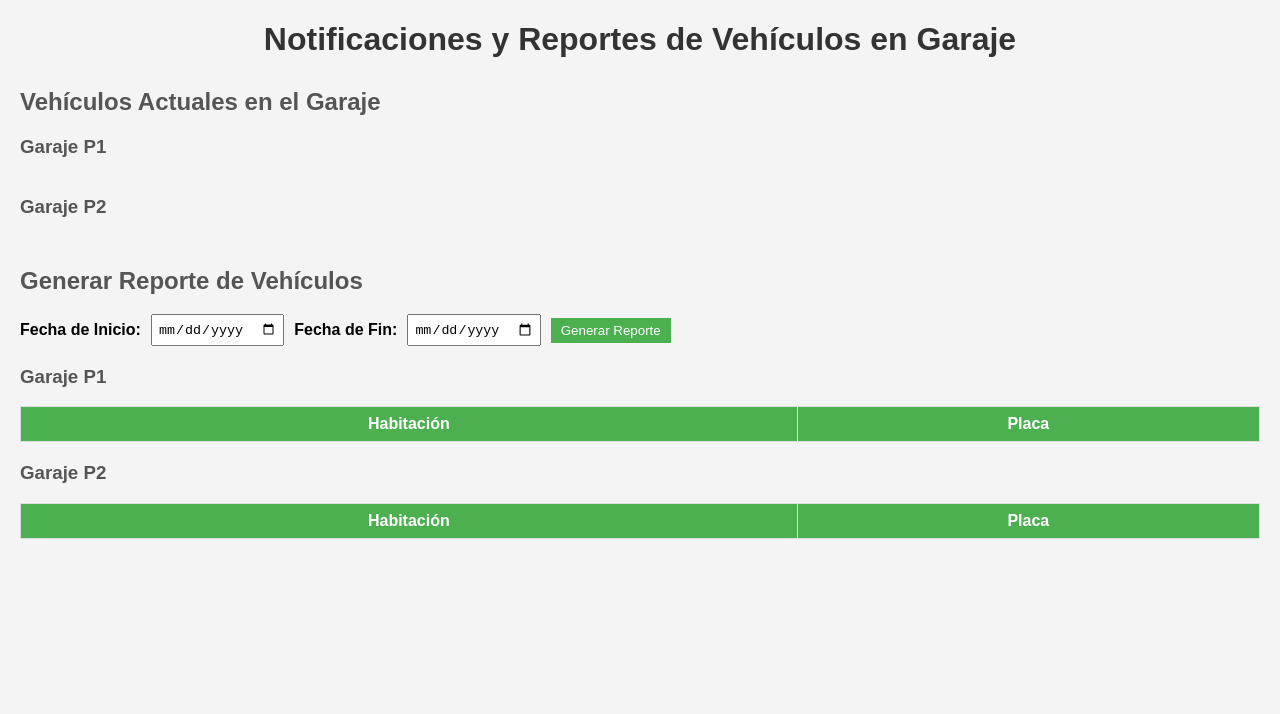
Repository: EddyWebz/REPOSITORIO-BASE-DATOS
Page: privado/report.html
These files come from the project's save history. The page is drawn as it stood at one moment and after the next save; the edit follows.
The browser window is 1280 px wide. The pictures show the whole page.
The page's requests for data from a server got no answer.

Above is the page before, as saved 2024-08-15 01:19:43.

After the next save:
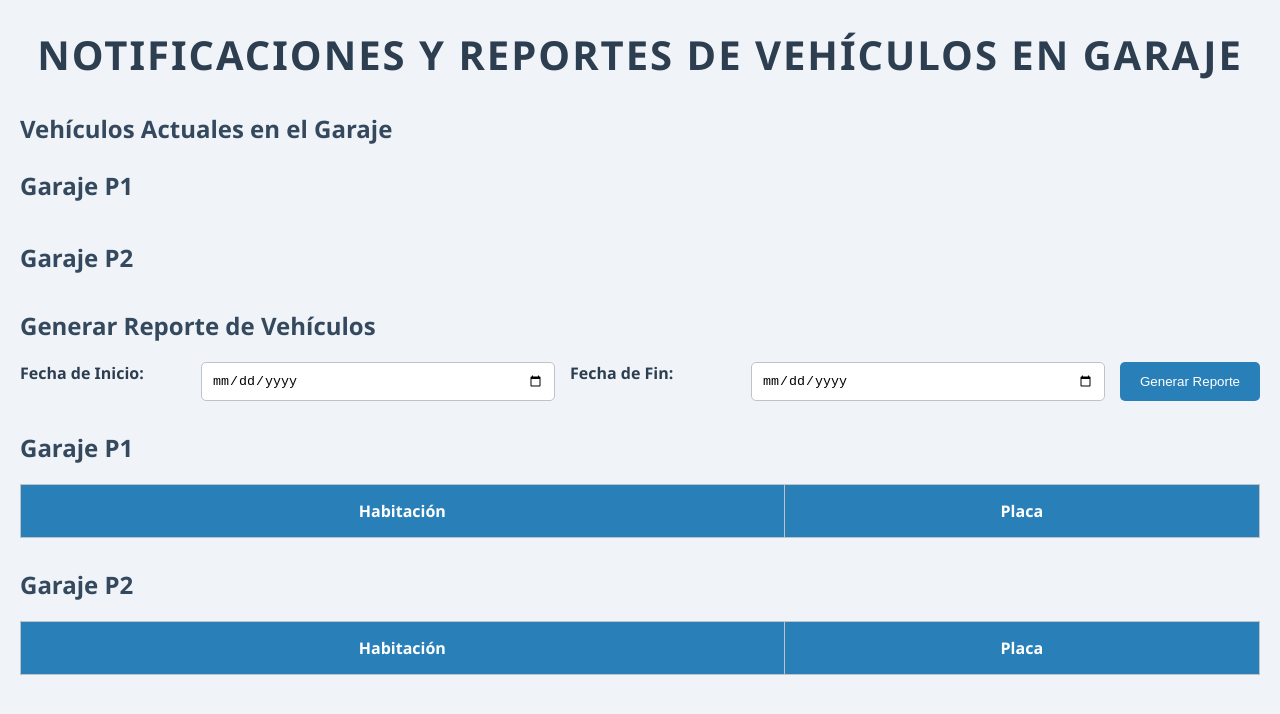
Saved 3 min 53 s later.
--- a/BASE-2/notif.css
+++ b/BASE-2/notif.css
@@ -1,86 +1,144 @@
-/* Estilos generales */
+/* Estilos Generales */
 body {
-    font-family: Arial, sans-serif;
+    font-family: 'Segoe UI', Tahoma, Geneva, Verdana, sans-serif;
+    background-color: #f0f4f8;
+    color: #333;
     margin: 20px;
-    background-color: #f4f4f4;
-}
-
-header, section {
-    margin-bottom: 30px;
+    padding: 0;
+    box-sizing: border-box;
 }
 
 /* Encabezado */
 header h1 {
     text-align: center;
-    color: #333;
+    color: #2c3e50;
+    font-size: 2.5em;
+    margin-bottom: 30px;
+    text-transform: uppercase;
+    letter-spacing: 2px;
+    animation: fadeIn 1.5s ease-in-out;
 }
 
 /* Sección de Notificaciones */
 #notificaciones h2, #notificaciones h3 {
-    color: #555;
+    color: #34495e;
+    margin-bottom: 15px;
+    font-size: 1.5em;
+    animation: fadeIn 1.5s ease-in-out;
 }
 
 #notificaciones-contenedor-P1, #notificaciones-contenedor-P2 {
     display: flex;
     flex-wrap: wrap;
-    gap: 10px;
+    gap: 20px;
+    animation: slideInUp 0.8s ease-in-out;
 }
 
 .notificacion {
-    background-color: #fff;
-    border-left: 5px solid #4CAF50;
-    padding: 10px 15px;
-    box-shadow: 0 2px 4px rgba(0, 0, 0, 0.1);
+    background-color: #ffffff;
+    border-left: 5px solid #2980b9;
+    padding: 15px 20px;
+    box-shadow: 0 4px 6px rgba(0, 0, 0, 0.1);
+    border-radius: 8px;
     width: calc(33.333% - 20px);
+    transition: transform 0.3s ease, box-shadow 0.3s ease;
+    cursor: pointer;
+}
+
+.notificacion:hover {
+    transform: translateY(-5px);
+    box-shadow: 0 8px 12px rgba(0, 0, 0, 0.2);
 }
 
 /* Sección de Reportes */
 #reportes h2, #reportes h3 {
-    color: #555;
+    color: #34495e;
+    margin-bottom: 20px;
+    font-size: 1.5em;
+    animation: fadeIn 1.5s ease-in-out;
 }
 
 #form-reporte {
     display: flex;
-    align-items: center;
-    gap: 10px;
-    margin-bottom: 20px;
+    flex-wrap: wrap;
+    gap: 15px;
+    margin-bottom: 30px;
 }
 
 #form-reporte label {
     font-weight: bold;
+    color: #2c3e50;
+    flex: 1;
+    min-width: 100px;
 }
 
 #form-reporte input {
-    padding: 5px;
+    padding: 10px;
+    border-radius: 5px;
+    border: 1px solid #bdc3c7;
+    flex: 2;
+    min-width: 200px;
 }
 
 #form-reporte button {
-    padding: 5px 10px;
-    background-color: #4CAF50;
-    color: #fff;
+    padding: 10px 20px;
+    background-color: #2980b9;
+    color: #ffffff;
     border: none;
+    border-radius: 5px;
     cursor: pointer;
+    transition: background-color 0.3s ease, transform 0.3s ease;
 }
 
 #form-reporte button:hover {
-    background-color: #45a049;
+    background-color: #3498db;
+    transform: translateY(-3px);
 }
 
 /* Tablas de Reportes */
 #tabla-reporte-P1, #tabla-reporte-P2 {
     width: 100%;
     border-collapse: collapse;
-    margin-bottom: 20px;
+    margin-bottom: 30px;
+    animation: fadeIn 1.5s ease-in-out;
 }
 
 #tabla-reporte-P1 th, #tabla-reporte-P1 td,
 #tabla-reporte-P2 th, #tabla-reporte-P2 td {
-    border: 1px solid #ddd;
-    padding: 8px;
+    border: 1px solid #bdc3c7;
+    padding: 15px;
     text-align: center;
+    background-color: #ecf0f1;
+    color: #2c3e50;
+    transition: background-color 0.3s ease;
 }
 
 #tabla-reporte-P1 th, #tabla-reporte-P2 th {
-    background-color: #4CAF50;
+    background-color: #2980b9;
     color: white;
 }
+
+#tabla-reporte-P1 tr:nth-child(even), #tabla-reporte-P2 tr:nth-child(even) {
+    background-color: #f7f9f9;
+}
+
+#tabla-reporte-P1 tr:hover, #tabla-reporte-P2 tr:hover {
+    background-color: #e1ecf4;
+}
+
+/* Animaciones */
+@keyframes fadeIn {
+    0% { opacity: 0; }
+    100% { opacity: 1; }
+}
+
+@keyframes slideInUp {
+    0% {
+        transform: translateY(30px);
+        opacity: 0;
+    }
+    100% {
+        transform: translateY(0);
+        opacity: 1;
+    }
+}
